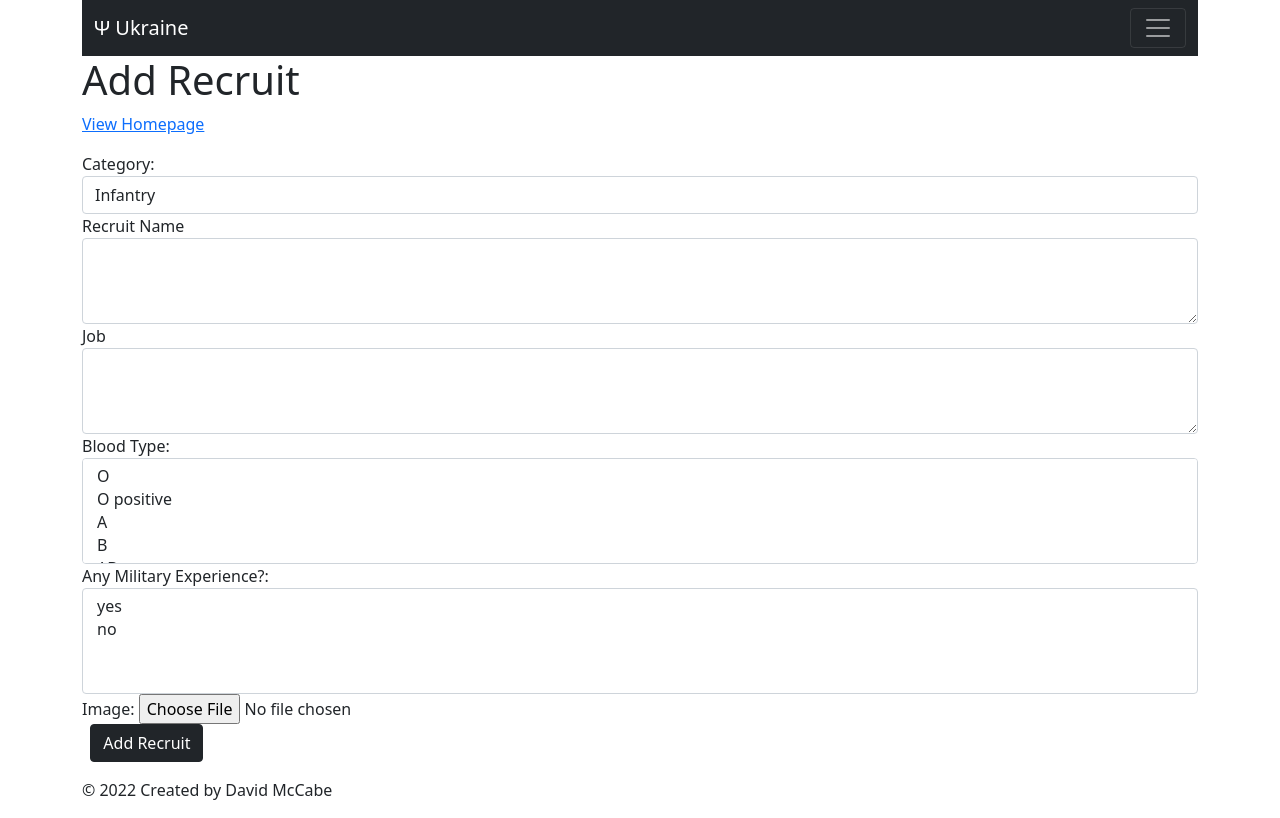
Repository: davidDKIT/ca2-davidmccabe-php
Page: http://localhost/add_record_form.php
The author's editor kept a copy of each file at every save. The page is drawn from the files as they stood at one save, then again after the next save.
The browser window is 1280 px wide. The pictures show the whole page.
The page is run by PHP 8.4 with error messages shown; the project is at /var/www/html/. The database holds what the project's SQL file puts in it.

Above is the page before, as saved 2022-03-15 21:13:54.

After the next save:
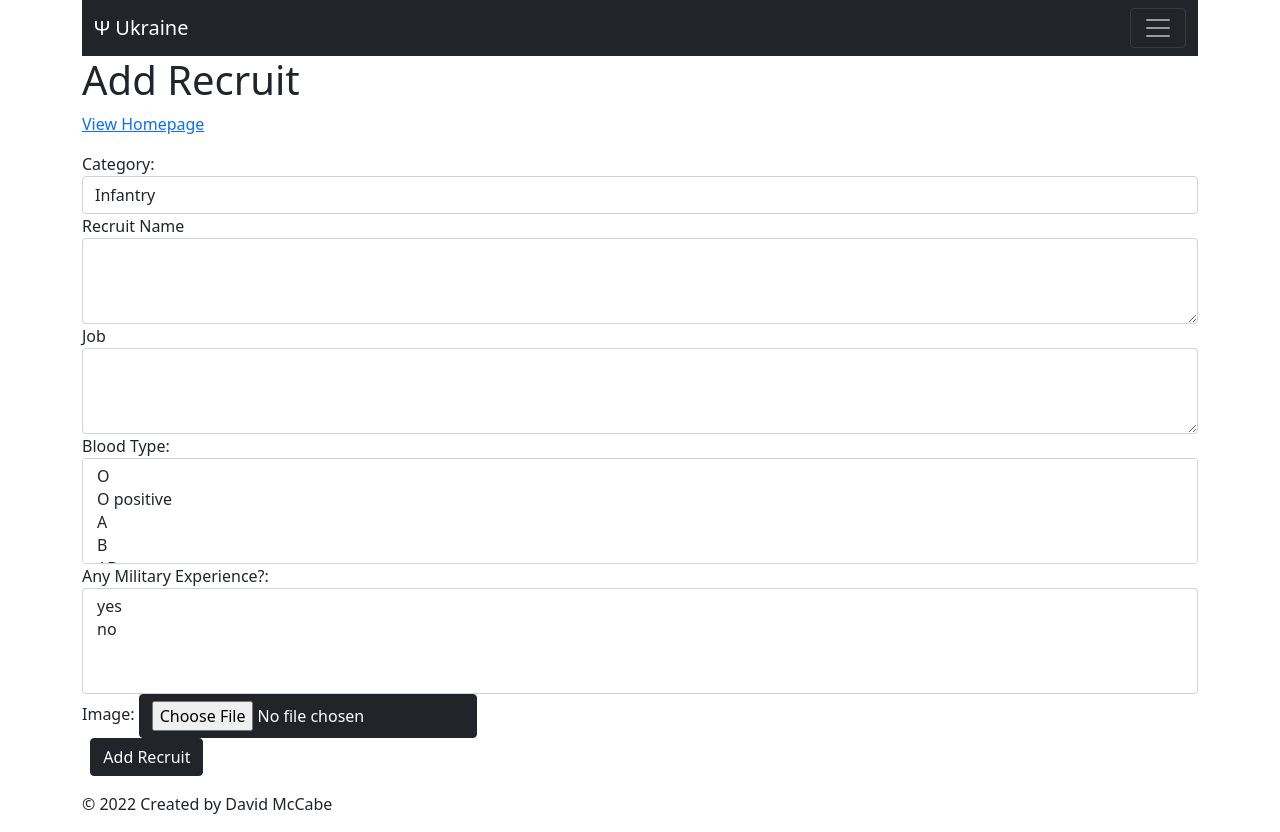
Saved 4 s later.
--- a/add_record_form.php
+++ b/add_record_form.php
@@ -46,7 +46,7 @@ $statement->closeCursor();
         <option>no</option>
       </select>
       <label>Image:</label>
-      <input type="file" name="image" accept="image/*" />
+      <input class="btn btn-dark" type="file" name="image" accept="image/*" />
       <br>
     </div>
     <label>&nbsp;</label>
